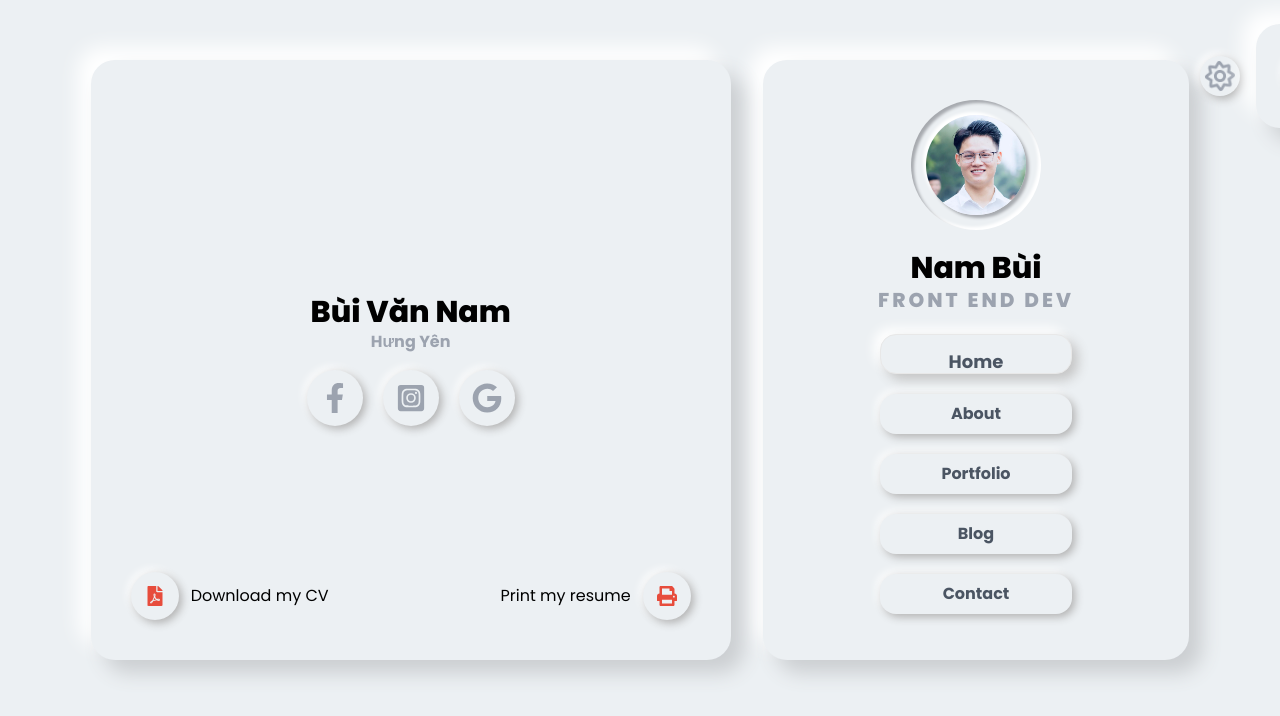
Repository: nambui98/profile_v2
Page: /
These files come from the project's save history. The page is drawn as it stood at one moment and after the next save; the edit follows.
The browser window is 1280 px wide. The pictures show the whole page.
The project was rebuilt for these pictures with package versions that can differ from the ones it lists, and the page was loaded fresh each time.

Above is the page before, as saved 2022-03-11 14:28:23.

### src/index.tsx
import React from 'react';
import ReactDOM from 'react-dom';
import './index.scss';
import App from './App';
import reportWebVitals from './reportWebVitals';
import { ThemeProvider } from './containers/ThemeContext';
import Background from './containers/Background';
import Toggle from './containers/ThemeToggle';
import Setting from './containers/Setting';
import { Example } from './components/menu/example';

ReactDOM.render(
  <React.StrictMode>
    <ThemeProvider>
      <Background>
        <div className="fixed right-0 top-0 mr-4 mt-2 md:mt-6 z-10">
          <Setting />
        </div>
        <Example />
        <App />
      </Background>
    </ThemeProvider>
  </React.StrictMode>,
  document.getElementById('root')
);

// If you want to start measuring performance in your app, pass a function
// to log results (for example: reportWebVitals(console.log))
// or send to an analytics endpoint. Learn more: https://bit.ly/CRA-vitals
reportWebVitals();

### src/index.scss
@tailwind base;
@tailwind components;
@tailwind utilities;
@import url('https://fonts.googleapis.com/css2?family=Poppins:wght@100;200;300;400;500;600;700;800;900&display=swap');
* {
    padding: 0;
    margin: 0;
}
@layer utilities {
    .btn-shadow{
    box-shadow: 3px 3px 8px #b1b1b1,
                -3px -3px 8px #fff;
    // width: 50px;
    // height: 50px;
    cursor: pointer;
    position: relative;
    display: flex;
    justify-content: center;
    align-items: center;
    outline:none;
    -webkit-tap-highlight-color: transparent;
    &:focus{
         outline:none;
         border-radius: 50%;
    }
    svg{
        transition: all 0.3s ease-in-out;
    }
    &::after{
        content: '';
        transition: opacity 0.3s ease-in-out;
        position: absolute;
        right: 0;
        top: 0;
        z-index: 2;
        width: 100%;
        height: 100%;
        opacity: 0;
        border-radius: inherit;
        outline:none;
        box-shadow:inset 3px 3px 8px #b1b1b1,
                inset -3px -3px 8px #fff;

    }
    &.fb{
        &:hover{
            box-shadow:none;
            &::after{
                opacity: 1;
            }
            svg{
                fill: #4267B2;
            }
        }
    }
     &.itg{
        &:hover{
            box-shadow:none;
            &::after{
                opacity: 1;
            }
            svg{
                fill: #e74c3c;
            }
        }
    }
    &.gg{
        &:hover{
            box-shadow:none;
            &::after{
                opacity: 1;
            }
            svg{
                fill: #4267B2;
            }
        }
    }
    &:hover{
        box-shadow:none;
        &::after{
            opacity: 1;
        }
        svg{
            fill: #e74c3c;
        }
    }
    &-dark{
        box-shadow: 5px 5px 10px #202020,
             -5px -5px 10px #2c2c2c;
        &::after{
            box-shadow:inset 5px 5px 10px #202020,
        inset -5px -5px 10px #2c2c2c;
        }
        &-50{
            box-shadow:  4px 4px 8px #202020,
                        -4px -4px 8px #2c2c2c;
                        &::after{
            box-shadow:inset 5px 5px 10px #202020,
        inset -5px -5px 10px #2c2c2c;

        }
         &:hover{
        box-shadow:none;
        &::after{
            opacity: 1;
        }
        svg{
            fill: #e74c3c;
        }
    }
        }
         &:hover{
        box-shadow:none;
        &::after{
            opacity: 1;
        }
        svg{
            fill: #e74c3c;
        }
    }
    }
}

.btn-shadow-darklight{
    box-shadow: 3px 3px 8px #b1b1b1,
                -3px -3px 8px #fff;
    // width: 50px;
    // height: 50px;
    cursor: pointer;
    position: relative;
    display: flex;
    justify-content: center;
    align-items: center;
    transition: all 0.3s ease-in-out;
    svg{
        transition: all 0.3s ease-in-out;
    }
    &::after{
        content: '';
        position: absolute;
        right: 0;
        top: 0;
        z-index: 2;
        width: 100%;
        height: 100%;
        opacity: 0;
        border-radius: 50%;
        box-shadow:inset 3px 3px 8px #b1b1b1,
                inset -3px -3px 8px #fff;

    }
    &:hover{
        box-shadow:none;
        &::after{
            opacity: 1;
        }
        svg{
            &.light{

                fill: #FCD34D;
            }
            &.dark{
                fill: #000;

            }
        }
    }
}
.wrap-avatar{
    display: flex;
    align-items: center;
    justify-content: center;
    width: 130px;
    height: 130px;
    border: none;
    border-radius: 50%;
    margin: 0 auto;
    box-shadow:
    inset 3px 3px 3px #a7aaaf,
    /* top left */
    inset -3px -3px 3px #fff;
    &-dark{
        box-shadow: inset 5px 5px 10px #202020, inset -5px -5px 10px #2c2c2c;
        img{
            box-shadow: 5px 5px 10px #202020,
             -5px -5px 10px #2c2c2c;
        }
    }
    .avatar{
        position: relative;
        // margin: 30px;
        width: 100px;
        height: 100px;
        img{
            position: absolute;
            top: 0;
            left: 0;
            height: 100%;
            width: 100%;
            object-fit: cover;
            border-radius: 50%;
            box-shadow:
            3px 3px 3px #a7aaaf,
            -3px -3px 3px #fff
        }
    }
}
.t-8{
    top:2rem;
}
}
.bg-app{
    background-color: #ecf0f3;
}





.setting{
    position: absolute !important;
}
.btn-shadow_action{
    border: none;
    color: #090909;
    padding: 0.7em 1.7em;
    font-size: 18px;
    border-radius: 0.5em;
    background: #ecf0f3;
    border: 1px solid #e8e8e8;
    transition: all .3s;
    box-shadow: 6px 6px 12px #c5c5c5,
                -6px -6px 12px #ffffff;
                &:hover{
                    color: #666;
 box-shadow: inset 4px 4px 12px #c5c5c5,
             inset -4px -4px 12px #ffffff;
                }
}

### src/App.tsx
import React from 'react';
import logo from './logo.svg';
import { FaFacebookF, FaFilePdf, FaGoogle, FaInstagram, FaInstagramSquare, FaPrint, FaRegSun } from "react-icons/fa";
import './App.scss';
import { Avatar } from './assets';
const colors = require('tailwindcss/colors')
function App() {
  return (
    <div className="App">
      <div className="flex h-screen w-screen items-center justify-center">
        <div className="flex w-full items-start justify-center" style={{ height: "600px" }}>
          <div className="relative rounded-3xl md:w-6/12 sm:w-10/12 smx:w-10/12 p-6 h-full mx-4 bg-app dark:bg-neutral-800 shadow-3xl dark:shadow-3xl-dark flex justify-center items-center flex-col">
            <h1 className="text-black dark:text-white text-3xl text-center font-extrabold">Bùi Văn Nam</h1>
            <p className="text-gray-400 dark:text-white tracking-widest font-bold">Hưng Yên</p>
            <div className="flex mt-4">
              <a href='https://www.facebook.com/songoku.bui/' target="_blank" className="btn-shadow dark:btn-shadow-dark fb rounded-full text-center w-14 h-14"><FaFacebookF className="text-3xl" fill={colors.coolGray[400]} /></a>
              <a href='https://www.instagram.com/nambui27/' target="_blank" className="btn-shadow dark:btn-shadow-dark itg rounded-full text-center w-14 h-14 mx-5"><FaInstagramSquare className="text-3xl" fill={colors.coolGray[400]} /></a>
              <a href='mailto:bvnam98@gmail.com' target="_blank" className="btn-shadow dark:btn-shadow-dark gg rounded-full text-center w-14 h-14"><FaGoogle className="text-3xl" fill={colors.coolGray[400]} /></a>
            </div>
            <div className="absolute bottom-10 2xl:right-20 2xl:left-20 md:right-10 md:left-10 flex items-center justify-between">
              <span className="flex items-center">
                <a
                  href='https://www.topcv.vn/xem-cv/UwJcB1FVVgBUCw5SAlpSBAtTBFJVXwlUVwJTVw0902'
                  className="btn-shadow dark:btn-shadow-dark rounded-full text-center w-12 h-12"
                ><FaFilePdf className="text-xl" fill={"#e74c3c"} />
                </a>
                <span className="ml-3 dark:text-white">Download my CV</span></span>
              <span className="flex flex-row-reverse items-center"><button className="btn-shadow dark:btn-shadow-dark rounded-full text-center w-12 h-12"><FaPrint className="text-xl" fill={"#e74c3c"} /></button><span className="mr-3 dark:text-white">Print my resume</span></span>
            </div>
          </div>
          <div className="rounded-3xl w-4/12 md:flex sm:hidden smx:hidden h-full mx-4 bg-app shadow-3xl dark:bg-neutral-800 dark:shadow-3xl-dark flex items-center flex-col py-10 px-6">
            <div className="wrap-avatar dark:wrap-avatar-dark">
              <div className="avatar">
                <img src={Avatar} alt="" />
              </div>
            </div>
            <h1 className="text-black dark:text-white font-extrabold tracking-widest text-3xl mt-5">Nam Bùi</h1>
            <h1 className="text-gray-400 dark:text-white font-extrabold tracking-max text-xl">FRONT END DEV</h1>
            <ul>
              <li className="text-gray-600 dark:text-white font-bold btn-shadow_action dark:btn-shadow-dark w-48 h-10 rounded-2xl mt-5">Home</li>
              <li className="text-gray-600 dark:text-white font-bold btn-shadow dark:btn-shadow-dark w-48 h-10 rounded-2xl mt-5">About</li>
              <li className="text-gray-600 dark:text-white font-bold btn-shadow dark:btn-shadow-dark w-48 h-10 rounded-2xl mt-5">Portfolio</li>
              <li className="text-gray-600 dark:text-white font-bold btn-shadow dark:btn-shadow-dark w-48 h-10 rounded-2xl mt-5">Blog</li>
              <li className="text-gray-600 dark:text-white font-bold btn-shadow dark:btn-shadow-dark w-48 h-10 rounded-2xl mt-5">Contact</li>
            </ul>
          </div>

        </div>
      </div>
    </div>
  );
}

export default App;

### src/containers/ThemeContext/index.tsx
import React, { createContext, useContext } from 'react';
export enum Theme {
    Dark = 'Dark',
    Light = 'Light',
}

export type ThemeContextType = {
    theme: Theme;
    setTheme: (Theme: Theme) => void;
}
const getInitialTheme = () => {
    if (typeof window !== 'undefined' && window.localStorage) {
        const storedPrefs = window.localStorage.getItem('color-theme');
        if (typeof storedPrefs === 'string') {
            return storedPrefs;
        }

        const userMedia = window.matchMedia('(prefers-color-scheme: dark)');
        if (userMedia.matches) {
            return 'dark';
        }
    }

    return 'light' // light theme as the default;
};

export const ThemeContext = createContext<ThemeContextType>({ theme: Theme.Dark, setTheme: theme => console.warn('no theme provider') });
export const useTheme = () => useContext(ThemeContext);
export const ThemeProvider = ({ initialTheme, children }: any) => {
    const [theme, setTheme] = React.useState<any>(getInitialTheme);

    const rawSetTheme = (rawTheme: any) => {
        const root = window.document.documentElement;
        const isDark = rawTheme === 'dark';

        root.classList.remove(isDark ? 'light' : 'dark');
        root.classList.add(rawTheme);

        localStorage.setItem('color-theme', rawTheme);
    };

    if (initialTheme) {
        rawSetTheme(initialTheme);
    }

    React.useEffect(() => {
        rawSetTheme(theme);
    }, [theme]);

    return (
        <ThemeContext.Provider value={{ theme, setTheme }}>
            {children}
        </ThemeContext.Provider>
    );
};

### src/containers/Background/index.jsx
import React from 'react';

const Background = ({ children }) => {
    return (
        <body className="bg-app dark:bg-neutral-800 transition-all">
            {children}
        </body>
    )
}

export default Background;

### src/containers/Setting/index.jsx
import React, { useState } from 'react'
import { FaMoon, FaRegSun, FaSun } from 'react-icons/fa'
import colors from 'tailwindcss/colors'
import { ThemeContext } from '../ThemeContext';
import vietnamimg from '../../assets/img/vietnam.png'
import usaimg from '../../assets/img/united-states.png'
export default function Setting() {
    const { theme, setTheme } = React.useContext(ThemeContext);
    const [active, setActive] = useState(false)
    return (<div className={`relative transform duration-500 ${active ? "translate-x-0" : "translate-x-40"}`}>
        <button className="btn-shadow dark:btn-shadow-dark-50 bg-app dark:bg-neutral-800 setting -left-56 top-8 rounded-full text-center w-10 h-10" onClick={() => setActive(!active)}>
            <FaRegSun class="animate-spin duration-1000 text-3xl" style={{ animationDuration: "2s" }} fill={colors.coolGray[400]} />
        </button>
        <div className={`absolute top-0 right-0 rounded-3xl flex justify-between p-7 shadow-3xl bg-app dark:bg-neutral-800 dark:shadow-3xl-dark`} >
            {/* <div className={`absolute `}> */}

            <button className="mr-2 btn-shadow dark:btn-shadow-dark-50 btn-setting rounded-full text-center w-12 h-12" onClick={() => setTheme(theme === 'dark' ? 'light' : 'dark')}>
                {theme === 'dark' ? (
                    <FaSun
                        className="text-gray-500 dark:text-gray-400 text-2xl cursor-pointer dark"
                    />
                ) : (
                    <FaMoon
                        className="text-gray-500 dark:text-gray-400 text-2xl cursor-pointer light"
                    />
                )}
            </button>
            <button className="ml-2 btn-setting rounded-full text-center w-12 h-12">
                <img src={vietnamimg} alt="" />
                {/* <FaRegSun class="animate-spin duration-1000 text-3xl" style={{ animationDuration: "2s" }} fill={colors.coolGray[400]} /> */}
            </button>
            {/* </div> */}
        </div>
    </div>
    )
}

### src/components/menu/example.jsx
import * as React from "react";
import { useRef } from "react";
import { motion, useCycle } from "framer-motion";
import { useDimensions } from "./use-dimentions";
import { MenuToggle } from "./menuToggle";
import { Navigation } from "./navigation";
import "./styles.scss"

const sidebar = {
  open: (height = 1000) => ({
    clipPath: `circle(${height * 2 + 200}px at 40px 40px)`,
    transition: {
      type: "spring",
      stiffness: 20,
      restDelta: 2
    }
  }),
  closed: {
    clipPath: "circle(30px at 40px 40px)",
    transition: {
      delay: 0.5,
      type: "spring",
      stiffness: 400,
      damping: 40
    }
  }
};

export const Example = () => {
  const [isOpen, toggleOpen] = useCycle(false, true);
  const containerRef = useRef(null);
  const { height } = useDimensions(containerRef);

  return (
    <motion.nav
      initial={false}
      animate={isOpen ? "open" : "closed"}
      custom={height}
      className="menu dark:menu-dark sm:block md:hidden"
      ref={containerRef}
    >
      <motion.div className="background" variants={sidebar} />
      <Navigation />
      <MenuToggle toggle={() => toggleOpen()} />
    </motion.nav>
  );
};

### src/assets/index.ts
import Avatar from './img/Logo.jpg'
export {
    Avatar
}

### src/components/menu/menuToggle.jsx
import * as React from "react";
import { motion } from "framer-motion";
import { ThemeContext } from "../../containers/ThemeContext";

const Path = props => {
  const { theme, setTheme } = React.useContext(ThemeContext);
  return (

    <motion.path
      fill=""
      strokeWidth="3"
      stroke={theme === 'dark' ? "#fff" : "#262626"}
      strokeLinecap="round"
      {...props}
    />
  )
};

export const MenuToggle = ({ toggle }) => (
  <button onClick={toggle} className="btn-shadow dark:btn-shadow-dark t-8">
    <svg width="23" height="23" viewBox="0 0 23 23" fill="#fff">
      <Path
        fill="#fff"
        variants={{
          closed: { d: "M 2 2.5 L 20 2.5" },
          open: { d: "M 3 16.5 L 17 2.5" }
        }}
      />
      <Path
        d="M 2 9.423 L 20 9.423"
        variants={{
          closed: { opacity: 1 },
          open: { opacity: 0 }
        }}
        transition={{ duration: 0.1 }}
      />
      <Path
        variants={{
          closed: { d: "M 2 16.346 L 20 16.346" },
          open: { d: "M 3 2.5 L 17 16.346" }
        }}
      />
    </svg>
  </button>
);

### src/components/menu/navigation.jsx
import * as React from "react";
import { motion } from "framer-motion";
import { MenuItem } from "./menuItem";

const variants = {
  open: {
    transition: { staggerChildren: 0.07, delayChildren: 0.2 }
  },
  closed: {
    transition: { staggerChildren: 0.05, staggerDirection: -1 }
  }
};

export const Navigation = () => (
  <motion.ul className="" variants={variants}>
    {itemIds.map((item, index) => (
      <MenuItem i={index} key={index} item={item} />
    ))}
  </motion.ul>
);

const itemIds = [
  {
    path: "/",
    name: "Home"
  },
  {
    path: "/",
    name: "About"
  },
  {
    path: "/",
    name: "Portfolio"
  },
  {
    path: "/",
    name: "Blog"
  },
  {
    path: "/",
    name: "Contact"
  },
];

### src/components/menu/styles.scss
@tailwind base;
@tailwind components;
@tailwind utilities;
@layer utilities {

  .menu{
      nav {
        position: absolute;
        top: 0;
        left: 0;
        bottom: 0;
        width: 300px;

      }
      &-dark{
        .background{

          background: #262626;

          box-shadow: 3px 3px 8px #202020,-3px -3px 8px #2c2c2c ;
        }
        button{
          box-shadow: 5px 5px 10px #202020,
                  -5px -5px 10px #2c2c2c;
          // color:#fff
          background: #262626;
        }
      }
      .background {
        position: absolute;
        top: 0;
        left: 0;
        bottom: 0;
        z-index: 1;
        width: 300px;
        background: #ecf0f3;

        box-shadow: 3px 3px 8px #b1b1b1,
                  -3px -3px 8px #fff;

      }

      button {
        outline: none;
        box-shadow: 3px 3px 8px #b1b1b1,
                  -3px -3px 8px #fff;
        border: none;
        -webkit-user-select: none;
        -moz-user-select: none;
        -ms-user-select: none;
        cursor: pointer;
        position: absolute;
        // top: 18px;
        left: 15px;
        width: 50px;
        height: 50px;
        border-radius: 50%;
        z-index: 2;
        background: #ecf0f3;
        display: flex;
        align-items: center;
        justify-content: center;
      }

      ul,
      li {
        margin: 0;
        padding: 0;
      }

      ul {
        padding: 25px;
        position: absolute;
        top: 100px;
        width: 230px;
        z-index: 2;
      }

      li {
        list-style: none;
        margin-bottom: 20px;
        display: flex;
        align-items: center;
        cursor: pointer;
      }

      .icon-placeholder {
        width: 40px;
        height: 40px;
        border-radius: 50%;
        flex: 40px 0;
        margin-right: 20px;
      }

      .text-placeholder {
        border-radius: 5px;
        width: 200px;
        padding: 8px 20px;
        flex: 1;
      }

      .refresh {
        padding: 10px;
        position: absolute;
        background: rgba(0, 0, 0, 0.4);
        border-radius: 10px;
        width: 20px;
        height: 20px;
        top: 10px;
        right: 10px;
        display: flex;
        justify-content: center;
        align-items: center;
        cursor: pointer;
      }

  }
}

### src/components/menu/menuItem.jsx
import * as React from "react";
import { motion } from "framer-motion";

const variants = {
  open: {
    y: 0,
    opacity: 1,
    transition: {
      y: { stiffness: 1000, velocity: -100 }
    }
  },
  closed: {
    y: 50,
    opacity: 0,
    transition: {
      y: { stiffness: 1000 }
    }
  }
};

const colors = ["#FF008C", "#D309E1", "#9C1AFF", "#7700FF", "#4400FF"];

export const MenuItem = ({ i, item }) => {
  const style = { border: `2px solid ${colors[i]}` };
  return (
    <motion.li
      variants={variants}
      whileHover={{ scale: 1.1 }}
      whileTap={{ scale: 0.95 }}
    >
      {/* <div className="icon-placeholder" style={style} /> */}
      <div className="text-placeholder" style={style}>{item.name}</div>
    </motion.li>
  );
};

### tailwind.config.js
const defaultTheme = require('tailwindcss/defaultTheme')
module.exports = {
  content: [
    "./src/**/*.{js,jsx,ts,tsx}",
  ],
  darkMode: 'class',
  theme: {
    screens: {

      // 'md': { 'max': '767px' },
      // => @media (max-width: 767px) { ... }

      'smx': { 'max': '639px' },
      // => @media (max-width: 639px) { ... }
      ...defaultTheme.screens,
    },
    extend: {},
    fontFamily: {
      sans: ['Poppins', 'sans-serif'],
      serif: ['Merriweather', 'serif'],
    },
    boxShadow: {
      '3xl': '13px 13px 20px #cbced1, -13px -13px 20px #fff',
      '3xl-dark': '13px 13px 20px #202020,-13px -13px 20px #2c2c2c ',
      'btn-shadow': '5px 5px 10px #202020,-5px -5px 10px #2c2c2c',
      'btn-shadow-5xl': '5px 5px 10px #1c1c1c,-5px -5px 10px #303030',
      '4xl': '12px 12px 25px #202020,-12px -12px 25px #2c2c2c',
    },
    letterSpacing: {
      max: '3px'
    }
  },
  variants: {
    extend: {},
  },
  plugins: [],
}

Loaded but not shown: public/index.html (common file); src/reportWebVitals.ts (common file); src/App.scss (common file); src/components/menu/use-dimentions.js (common file)

After the next save:
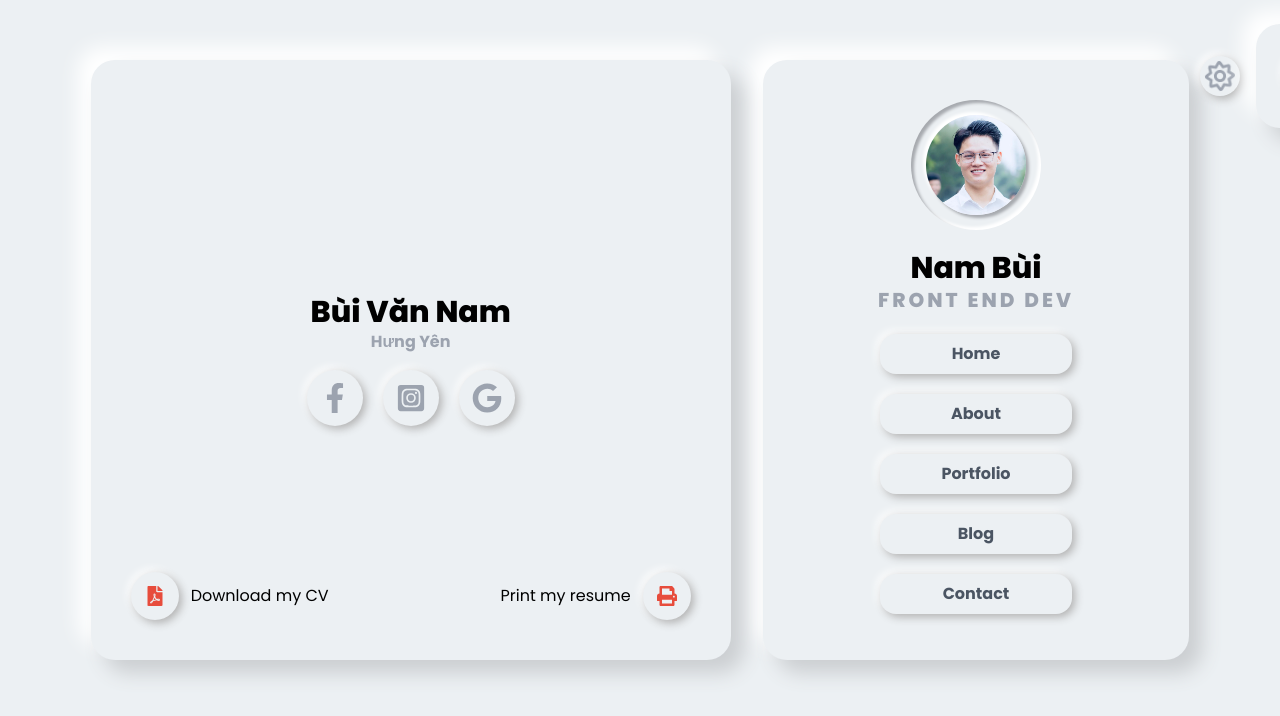
Saved 54 s later.
--- a/src/App.tsx
+++ b/src/App.tsx
@@ -37,7 +37,7 @@ function App() {
             <h1 className="text-black dark:text-white font-extrabold tracking-widest text-3xl mt-5">Nam Bùi</h1>
             <h1 className="text-gray-400 dark:text-white font-extrabold tracking-max text-xl">FRONT END DEV</h1>
             <ul>
-              <li className="text-gray-600 dark:text-white font-bold btn-shadow_action dark:btn-shadow-dark w-48 h-10 rounded-2xl mt-5">Home</li>
+              <li className="text-gray-600 dark:text-white font-bold btn-shadow dark:btn-shadow-dark w-48 h-10 rounded-2xl mt-5">Home</li>
               <li className="text-gray-600 dark:text-white font-bold btn-shadow dark:btn-shadow-dark w-48 h-10 rounded-2xl mt-5">About</li>
               <li className="text-gray-600 dark:text-white font-bold btn-shadow dark:btn-shadow-dark w-48 h-10 rounded-2xl mt-5">Portfolio</li>
               <li className="text-gray-600 dark:text-white font-bold btn-shadow dark:btn-shadow-dark w-48 h-10 rounded-2xl mt-5">Blog</li>
